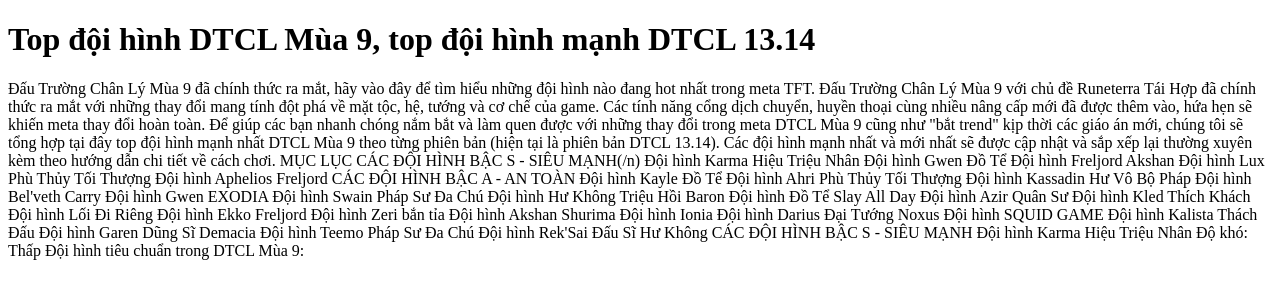
Repository: TUAN-DAT1/hoc-HTML
Page: tuandat17/index.html
These files come from the project's save history. The page is drawn as it stood at one moment and after the next save; the edit follows.
The browser window is 1280 px wide. The pictures show the whole page.

Above is the page before, as saved 2023-07-20 04:02:23.

### tuandat17/index.html
<!DOCTYPE html> <!-- top cac doi hinh manh cua dtcl trong cac mua -->
    <html>
        <head>
            <!-- ten tim kiem -->
            <title>dtcl.vn</title>
        </head>

        <body>
            <h1> Top đội hình DTCL Mùa 9, top đội hình mạnh DTCL 13.14</h1>
            <p>



                Đấu Trường Chân Lý Mùa 9 đã chính thức ra mắt, hãy vào đây để tìm hiểu những đội hình nào đang hot nhất trong meta TFT.

                Đấu Trường Chân Lý Mùa 9 với chủ đề Runeterra Tái Hợp đã chính thức ra mắt với những thay đổi mang tính đột phá về mặt tộc, hệ, tướng và cơ chế của game. Các tính năng cổng dịch chuyển, huyền thoại cùng nhiều nâng cấp mới đã được thêm vào, hứa hẹn sẽ khiến meta thay đổi hoàn toàn.

                Để giúp các bạn nhanh chóng nắm bắt và làm quen được với những thay đổi trong meta DTCL Mùa 9 cũng như "bắt trend" kịp thời các giáo án mới, chúng tôi sẽ tổng hợp tại đây top đội hình mạnh nhất DTCL Mùa 9 theo từng phiên bản (hiện tại là phiên bản DTCL 13.14). Các đội hình mạnh nhất và mới nhất sẽ được cập nhật và sắp xếp lại thường xuyên kèm theo hướng dẫn chi tiết về cách chơi.

                MỤC LỤC
                CÁC ĐỘI HÌNH BẬC S - SIÊU MẠNH(/n)

                Đội hình Karma Hiệu Triệu Nhân
                Đội hình Gwen Đồ Tể
                Đội hình Freljord Akshan
                Đội hình Lux Phù Thủy Tối Thượng
                Đội hình Aphelios Freljord
                CÁC ĐỘI HÌNH BẬC A - AN TOÀN
                Đội hình Kayle Đồ Tể
                Đội hình Ahri Phù Thủy Tối Thượng
                Đội hình Kassadin Hư Vô Bộ Pháp
                Đội hình Bel'veth Carry
                Đội hình Gwen EXODIA
                Đội hình Swain Pháp Sư Đa Chú
                Đội hình Hư Không Triệu Hồi Baron
                Đội hình Đồ Tể Slay All Day
                Đội hình Azir Quân Sư
                Đội hình Kled Thích Khách
                Đội hình Lối Đi Riêng
                Đội hình Ekko Freljord
                Đội hình Zeri bắn tỉa
                Đội hình Akshan Shurima
                Đội hình Ionia
                Đội hình Darius Đại Tướng Noxus
                Đội hình SQUID GAME
                Đội hình Kalista Thách Đấu
                Đội hình Garen Dũng Sĩ Demacia
                Đội hình Teemo Pháp Sư Đa Chú
                Đội hình Rek'Sai Đấu Sĩ Hư Không
                CÁC ĐỘI HÌNH BẬC S - SIÊU MẠNH
                Đội hình Karma Hiệu Triệu Nhân
                Độ khó: Thấp

                Đội hình tiêu chuẩn trong DTCL Mùa 9:</p>
        </body>
    </html>

After the next save:
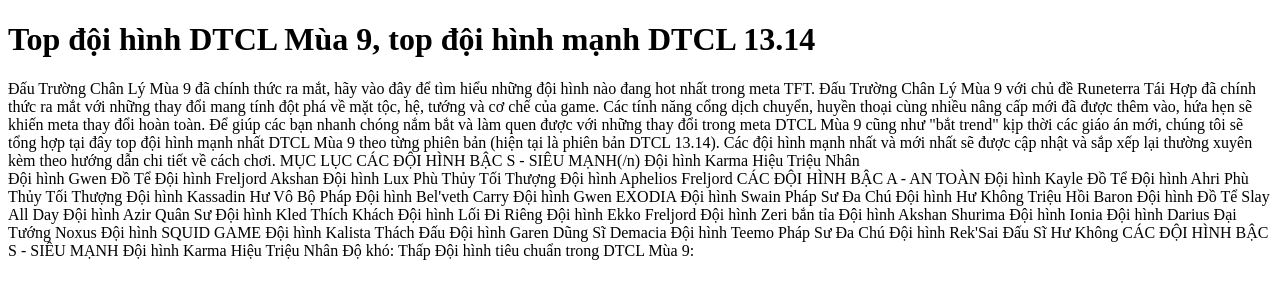
Saved 39 s later.
--- a/tuandat17/index.html
+++ b/tuandat17/index.html
@@ -20,7 +20,7 @@
                 MỤC LỤC
                 CÁC ĐỘI HÌNH BẬC S - SIÊU MẠNH(/n)
 
-                Đội hình Karma Hiệu Triệu Nhân
+                Đội hình Karma Hiệu Triệu Nhân <br>
                 Đội hình Gwen Đồ Tể
                 Đội hình Freljord Akshan
                 Đội hình Lux Phù Thủy Tối Thượng
